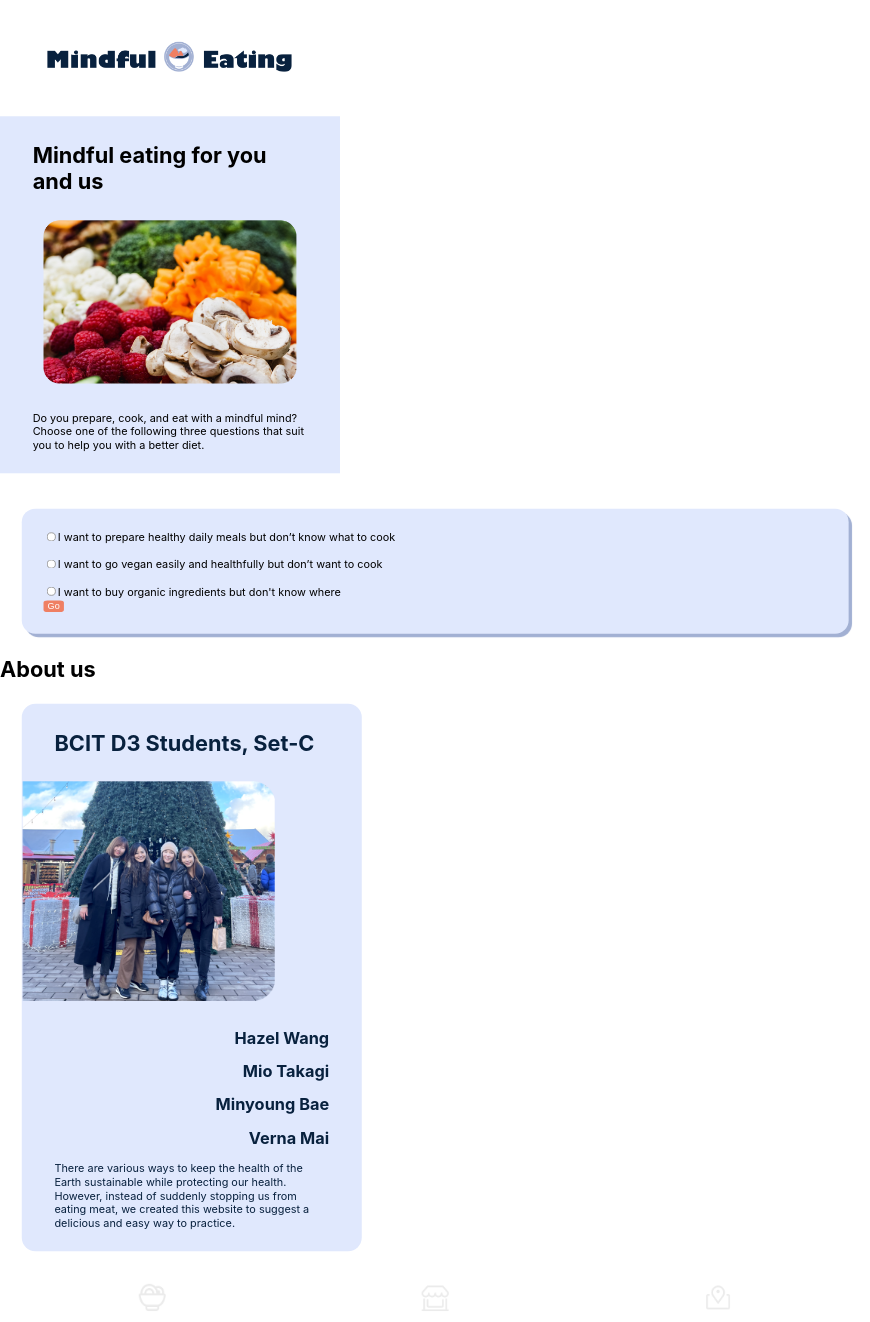
Repository: Kinakopan/design_mindfulEating_site
Page: / (app in firstapp/)
These files come from the project's save history. The page is drawn as it stood at one moment and after the next save; the edit follows.
The browser window is 1280 px wide. The pictures show the whole page, at 68% of full size.
The project was rebuilt for these pictures with package versions that can differ from the ones it lists, and the page was loaded fresh each time. The framework's server and built-in components were replaced by stand-ins that run in the browser. Also part of the build but not shown: firstapp/next.config.js.

Above is the page before, as saved 2022-04-21 14:22:26.

### firstapp/pages/index.js
import Head from 'next/head';
import styles from '../styles/Home.module.css';
import Link from 'next/link';
import ImgCard from '../comps/ImgCard';
import Navbar from '../comps/Navbar';
import Questions from '../comps/Questions';

import { useRouter } from 'next/router';

export default function Home() {

  const r = useRouter();

  return (
    <div className={styles.container}>
      <Head>
        <title>Mindful eating</title>
        <meta name="description" content="Mindful eating guide website" />
        <link rel="icon" href="/logo/navbar_logo.png" />
      </Head>

      <main>

      <ImgCard
        img="/logo/horizontal_logo.png"
        bg="white"
      />

      <ImgCard
      title="Mindful eating for you and us"
      bg="#E0E8FD"
      img="/food1.png"
      tcl="#000"
      txt="Do you prepare, cook, and eat with a mindful mind? Choose one of the following three questions that suit you to help you with a better diet."
      />

    <br></br>

      <Questions
      id="recipe" btName="want to cook" txt="I want to prepare healthy daily meals but don’t know what to cook" id2="restaurant" btName2="dont want to cook" txt2="I want to go vegan easily and healthfully but don’t want to cook"
      id3="localFood" btName3="want to buy" txt3="I want to buy organic ingredients but don't know where"></Questions>



    <h1>About us</h1>

      <ImgCard
        bor="20px"
        mar="2rem"
        title="BCIT D3 Students, Set-C"
        img="/about_us.png"
        marg="0 0 0 -4em"
        n1="Hazel Wang"
        n2="Mio Takagi"
        n3="Minyoung Bae"
        n4="Verna Mai"
        txt="There are various ways to keep the health of the Earth sustainable while protecting our health. However, instead of suddenly stopping us from eating meat, we created this website to suggest a delicious and easy way to practice."
      />

      <Navbar></Navbar>

      </main>
    </div>
  )
}

### firstapp/comps/ImgCard.js
import { Children } from 'react';
import styled from 'styled-components';

const CardCont = styled.div`
    background-color: ${props=>props.cl};
    color: ${props=>props.text_cl};
    min-width: 375px;
    max-width: 500px;
    padding: 1em 3em 1em 3em;
    border-radius: ${props=>props.border_radius};
    margin: ${props=>props.margin};
`;

const DispImage = styled.img`
    width: 100%;
    padding: 1em;
    margin: ${props=>props.image_margin};
`;

const List = styled.div`
    text-align: right;
`;

export default function ImgCard({
    img="/food1.png",
    bg="#E0E8FD",
    tcl="#08213E",
    title="",
    txt="",
    bor="",
    mar="",
    n1,n2,n3,n4="",
    marg="",
    Children=null

}){

    return <CardCont cl={bg} text_cl={tcl} border_radius={bor} margin={mar}>
        <h1>{title}</h1>
        <DispImage src={img} image_margin={marg}/>
        <br/>
        <List>
            <h2>{n1}</h2>
            <h2>{n2}</h2>
            <h2>{n3}</h2>
            <h2>{n4}</h2>
        </List>
        <p>{txt}</p>
        {Children}

    </CardCont>
}

### firstapp/comps/Navbar/index.js
import styled from "styled-components";

import { useRouter } from 'next/router';


const NavBottom = styled.div`
    width: 100vw;
    height: fit-content;
    display: flex;
    justify-content: space-around;
    align-items: center;
    margin-top: 20px;
    padding: 1em;
    background-color: white;
`;

const Button = styled.button`
    background-image: url("${props=>props.icon}");
    background-color: white;
    background-size: 100% 100%;
    width: 40px;
    height: 40px;
    border: none;
`


export default function Navbar(){

    const r = useRouter();

    return <NavBottom>
        <Button icon="/Logo/logo1.png" onClick = {
            ()=>r.push("/recipes")
        }></Button>
        <Button icon="/Logo/logo2.png" onClick = {
            ()=>r.push("/quiz")
        }></Button>
        <Button icon="/Logo/logo3.png" onClick = {
            ()=>r.push("/recipes")
        }></Button>
    </NavBottom>
}

### firstapp/comps/Questions.js
import styled from 'styled-components';


const Cont = styled.form`
  background-color: #E0E8FD;
  border-radius: 20px;
  box-shadow: #A2B0D3 5px 5px 1px;
  padding: 2em;
  margin: 2em;
`;

// const Question = styled.input`
//   border-radius: 20%;
//   appearance: none;
//   transition: 0.2s all linear;
//   color: #EF7F63

// `;

const Button = styled.button`
  background-color: #ef7f63;
  border: none;
  border-radius: 20%;
  color: white


`;

export default function Questions({
  txt="", txt2="", txt3="",
  id="", id2="", id3="",


}){

  return <Cont>
    <div>
    <input type="radio" id={id} name="radio button" value={txt}/>
    <label for={id}>{txt}</label>
    </div>


    <br/>

    <div>
    <input type="radio" id={id2} name="radio button" value={txt2}/>
    <label for={id2}>{txt2}</label>
    </div>

    <br/>

    <div>
    <input type="radio" id={id3} name="radio button" value={txt3}/>
    <label for={id3}>{txt3}</label>
    </div>

    <Button type='submit'>Go</Button>


  </Cont>
}

Loaded but not shown: firstapp/pages/_app.js (common file); firstapp/styles/globals.css (common file); firstapp/styles/Home.module.css (common file)

After the next save:
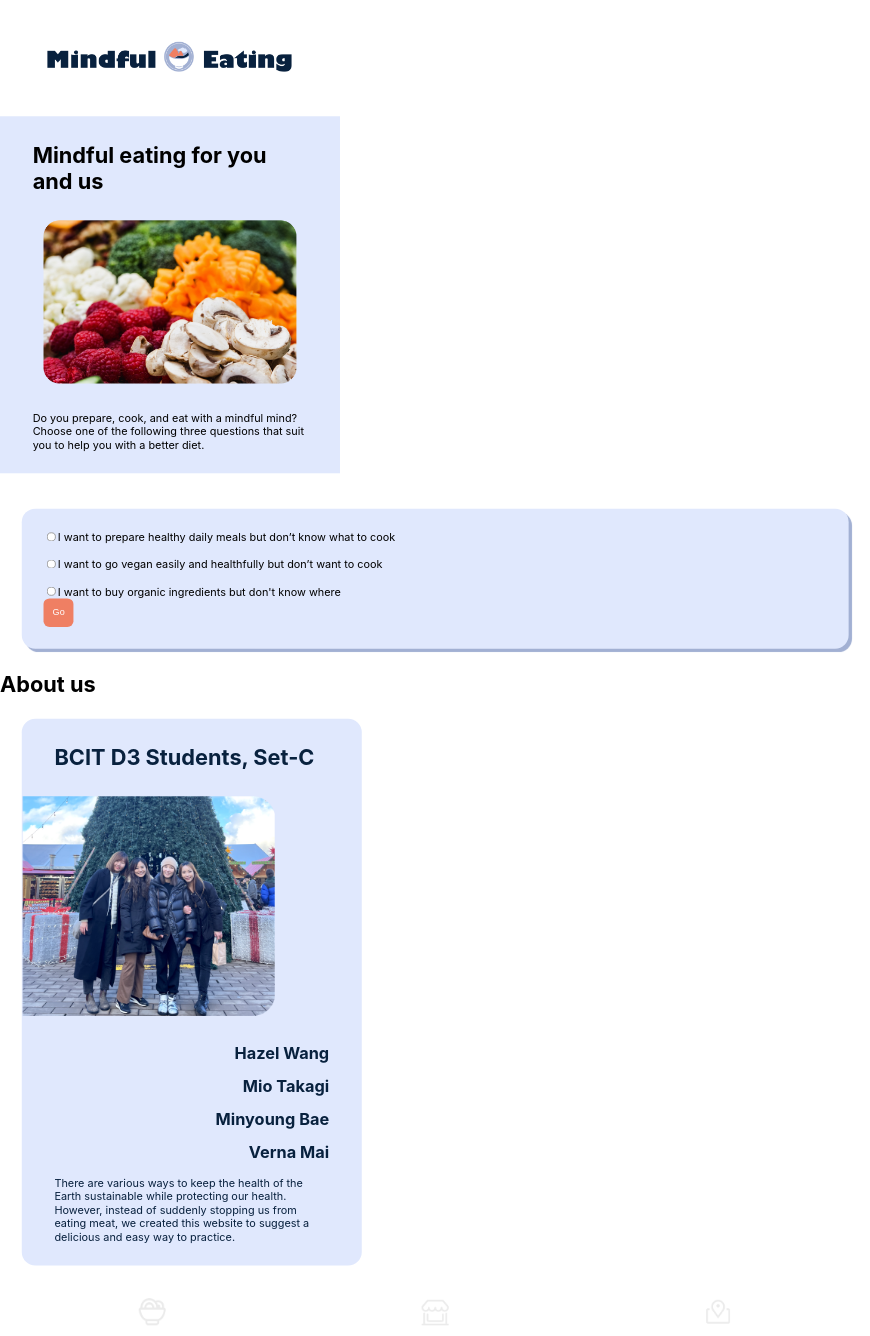
Saved 10 s later.
--- a/firstapp/comps/Questions.js
+++ b/firstapp/comps/Questions.js
@@ -21,7 +21,8 @@
   background-color: #ef7f63;
   border: none;
   border-radius: 20%;
-  color: white
+  color: white;
+  padding: 1em;
 
 
 `;

After the save that followed:
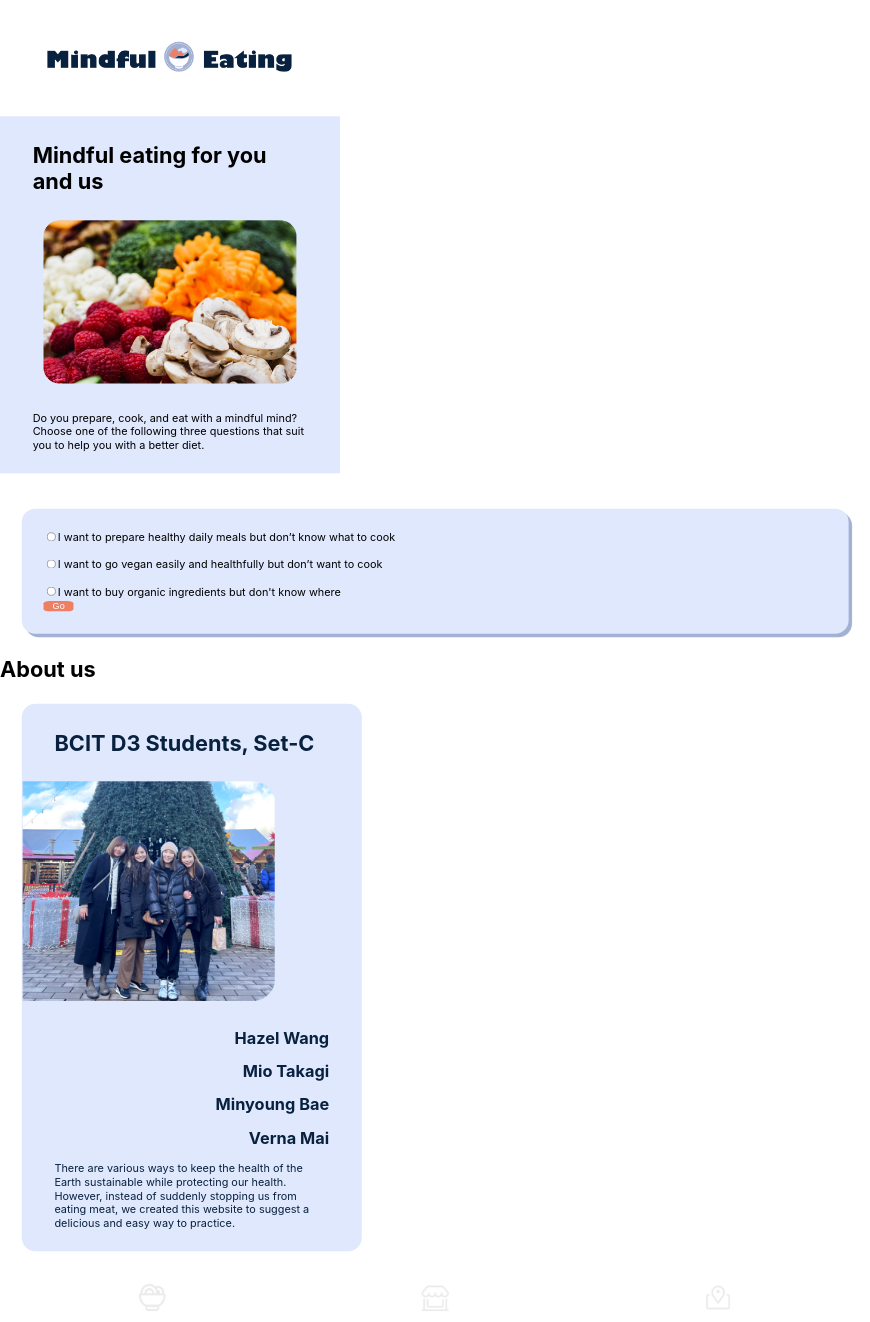
Saved 14 s later.
--- a/firstapp/comps/Questions.js
+++ b/firstapp/comps/Questions.js
@@ -22,7 +22,7 @@
   border: none;
   border-radius: 20%;
   color: white;
-  padding: 1em;
+  padding: 0 1em 0 1em;
 
 
 `;
